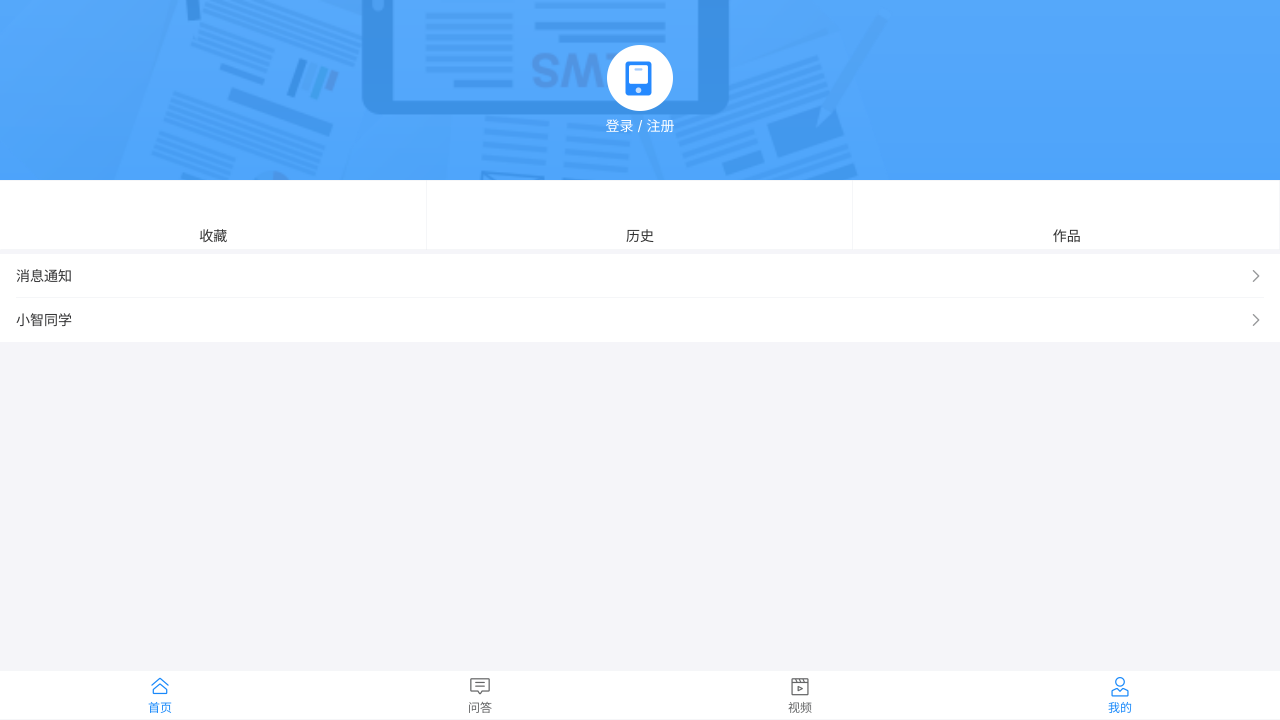
Repository: xn-lb/toutiao-mb
Page: /#/my
The author's editor kept a copy of each file at every save. The page is drawn from the files as they stood at one save, then again after the next save.
The browser window is 1280 px wide. The pictures show the whole page.
The page's requests for data from a server got no answer. Some web fonts or font styles are not loaded; a fallback is used. The project was rebuilt for these pictures with package versions that can differ from the ones it lists, and the page was loaded fresh each time. No one was signed in, and anything a server would have sent is missing. Also part of the build but not shown: vue.config.js.

Above is the page before, as saved 2023-03-30 14:00:12.

### src/main.js
import Vue from 'vue'
import App from './App.vue'
import router from './router'
import store from './store'
// 加载全局样式
import './styles/index.less'
import Vant from 'vant' //加载Vant 组件库

import 'amfe-flexible' //加载动态设置  rem 基准值

Vue.use(Vant); //注册使用组件库

import 'vant/lib/index.css' //加载全局样式

Vue.config.productionTip = false

new Vue({
    router,
    store,
    render: h => h(App)
}).$mount('#app')

### src/App.vue
<template>
  <div id="app">
  <!-- 路由的出口 -->
    <router-view></router-view>



  </div>
</template>
<script>
export default {
  name: 'APP'
}
</script>
<style lang="less">

</style>

### src/router/index.js
import Vue from 'vue'
import VueRouter from 'vue-router'



Vue.use(VueRouter)

// 路由表
const routes = [{
        path: '/login',
        name: 'LoginIndex',
        component: () =>
            import ('@/views/login')
    },
    {
        path: '/',
        component: () =>
            import ('@/views/layout/'),
        children: [{
                path: '/qa',
                name: 'qa',
                component: () =>
                    import ('@/views/qa/')
            },
            {
                path: '/video',
                name: 'video',
                component: () =>
                    import ('@/views/video/')
            },
            {
                path: '/my', //默认子路由
                name: 'my',
                component: () =>
                    import ('@/views/my/')
            },
            {
                path: '', //默认子路由
                name: 'home',
                component: () =>
                    import ('@/views/home/')
            }
        ]
    }

]

const router = new VueRouter({
    routes
})

export default router

### src/store/index.js
import { getItem, setItem } from '@/utils/strorage'
import Vue from 'vue'
import Vuex from 'vuex'

Vue.use(Vuex)

const USER_KEY = 'toutiao-user'
export default new Vuex.Store({
    // namespaced: true, //关闭命名空间
    state: {
        user: getItem(USER_KEY) //使用封装模块的方式

        //使用原型模式  =>  user: JSON.parse(window.localStorage.getItem('user')) // 存储当前登录用户的登录状态（token 等数据）
    },
    getters: {},
    mutations: {
        setUser(state, data) {
            state.user = data
                // 为了防止页面刷新数据丢失，我们还需要把数据放到本地存储中，这里仅仅是为了持久化数据

            setItem(USER_KEY, state.user) //使用封装模块的方式
                //使用原型模式  =>  window.localStorage.setItem('user', JSON.stringify(state.user))
        }
    },
    actions: {},
    modules: {}
})

### src/styles/index.less
// 全局样式文件
// 加载图标样式
@import "./icon.less";

body{
    background-color: #f5f5f9;
}
.app-nav-bar{
    background-color: #3296fa !important;
    .van-nav-bar__title{
        color: #fff;
    }
    .van-icon{
        color:#fff !important;
    }
}

### src/views/layout/index.vue
<template>
    <div class="layout-container">
         <!-- 子路由出口 -->
        <router-view />

        <!-- 底部导航栏 -->
        <van-tabbar v-model="active" route>
            <van-tabbar-item icon="home-o" to="/">首页</van-tabbar-item>
            <van-tabbar-item icon="comment-o" to="/qa">问答</van-tabbar-item>
            <van-tabbar-item icon="video-o" to="/video">视频</van-tabbar-item>
            <van-tabbar-item icon="user-o" to="/my">我的</van-tabbar-item>
        </van-tabbar>
    </div>


</template>

<script>
export default {
    name:'layoutIndex',
    components:{},
    props:{},
    data(){
        return{
            active:0
        }
    }
}
</script>

<style>

</style>

### src/views/my/index.vue
<template>
  <div class="my-container">
    <van-cell-group v-if="user" class="my-info">
      <!-- 头像、昵称、编辑资料 -->
      <van-cell class="base-info" center :border="false">
        <van-image class="avater" slot="icon" round fit="cover" :src="currentUser.photo" />
        <div class="name" slot="title">{{currentUser.name}}</div>
        <van-button class="update-btn" size="small" round>编辑资料</van-button>
      </van-cell>
      <!-- 宫格 -->
      <van-grid :border="false" class="data-info">
        <van-grid-item class="data-info-item">
          <div class="text-wrap" slot="text">
            <div class="count">{{currentUser.art_count}}</div>
            <div class="text">头条</div>
          </div>
        </van-grid-item>
        <van-grid-item class="data-info-item">
          <div class="text-wrap" slot="text">
            <div class="count">{{currentUser.follow_count}}</div>
            <div class="text">关注</div>
          </div>
        </van-grid-item>
        <van-grid-item class="data-info-item">
          <div class="text-wrap" slot="text">
            <div class="count">{{currentUser.fans_count}}</div>
            <div class="text">粉丝</div>
          </div>
        </van-grid-item>
        <van-grid-item class="data-info-item">
          <div class="text-wrap" slot="text">
            <div class="count">{{currentUser.like_count}}</div>
            <div class="text">获赞</div>
          </div>
        </van-grid-item>
      </van-grid>
    </van-cell-group>

    <!-- 未登录时 -->
    <div v-else class="not-login">
      <div @click="$router.push('./login')">
        <img class="mobile" src="@/assets/头像.png" />
      </div>
      <div class="text">登录 / 注册</div>
    </div>

    <!-- 收藏、历史、作品 -->
    <van-grid class="nav-grid mb-4" :column-num="3">
      <van-grid-item
        class="nav-grid-item"
        icon-prefix="toutiao"
        icon="shoucang"
        text="收藏"
        border="false"
      />
      <van-grid-item class="nav-grid-item" icon-prefix="toutiao" icon="lishi" text="历史" />
      <van-grid-item class="nav-grid-item" icon-prefix="toutiao" icon="zuopin" text="作品" />
    </van-grid>
    <!-- 消息通知…… -->
    <!-- is-link  表示小箭头 -->
    <div class="bottom">
      <van-cell title="消息通知" is-link to="/" />
      <van-cell class="mb-4" title="小智同学" is-link to="/" />
      <van-cell class="logout-cell" title="退出登录" v-if="user" @click="onLogout" />
    </div>
  </div>
</template>

<script>
import { method, remove } from "lodash";
import { mapState } from "vuex";
import { getCountUser } from "@/api/user";

export default {
  name: "MyIndex",
  data() {
    return {
      currentUser: {} //当前登录用户信息
    };
  },
  computed: {
    ...mapState(["user"])
  },
  created() {
    // 加载调用方法
    this.loadCurrentUser();
  },
  methods: {
    // 请求方法
    async loadCurrentUser() {
      const { data } = await getCountUser();
      console.log(data);
      this.currentUser = data.data;
    },

    onLogout() {
      // 提示用户确认退出  确认 》》处理退出
      this.$dialog
        .confirm({
          title: "退出提示",
          message: "确认退出嘛？"
        })
        .then(() => {
          //确认执行这里
          // 清楚登录状态
          this.$store.commit("setUser", null);
        })
        .catch(() => {
          //退出执行这里
          // on cancel
        });
    }
  }
};
</script>

<style scoped lang="less">
.my-container {
  .my-info {
    background: url("@/assets/banner.png");
    background-size: cover;
    .base-info {
      box-sizing: border-box;
      height: 115px;
      background-color: unset;
      padding-block: 11px;
      padding-top: 38px;
      .avater {
        box-sizing: border-box;
        width: 66px;
        height: 66px;
        border: 1px solid #fff;
        margin-right: 11px;
      }
      .name {
        color: #fff;
        font-size: 15px;
      }
      .update-btn {
        // 不用设置宽，由内容撑开
        height: 16px;
        font-size: 10px;
        color: #666;
      }
    }
    .data-info {
      .data-info-item {
        height: 65px;
        color: #fff;
        .text-wrap {
          display: flex;
          flex-direction: column;
          justify-content: center;
          align-items: center;
          .count {
            font-size: 18px;
          }
          .text {
            font-size: 11px;
          }
        }
      }
    }

    /deep/ .van-grid-item__content {
      background-color: unset;
    }
  }

  .not-login {
    height: 180px;
    background: url("@/assets/banner.png") no-repeat;
    background-size: cover;
    display: flex;
    justify-content: center;
    flex-direction: column;
    align-items: center;
    .mobile {
      height: 66px;
      width: 66px;
    }
    .text {
      color: #fff;
      font-size: 14px;
    }
  }
  /deep/ .nav-grid {
    .nav-grid-item {
      height: 70px;
      /deep/.toutiao {
        font-size: 22px;
      }
      .toutiao-shoucang {
        color: #eb5253;
      }
      .toutiao-lishi {
        color: #ff9d1d;
      }
      .van-grid-item__text {
        font-size: 14px;
        color: #333;
      }
      .toutiao-zuopin {
        color: #a8beff;
      }
    }
  }
  .logout-cell {
    text-align: center;
    color: #d86262;
  }
  .mb-4 {
    margin-bottom: 4px;
  }
}
</style>

### src/utils/strorage.js
// 本地存储封装模块

// 获取
export const getItem = (name) => {
    const data = window.localStorage.getItem(name)
    try {
        // 尝试把data转为JavaScript对象
        return JSON.parse(data)
    } catch (err) {
        // data不是JSON格式字符串，直接原样返回
        return data
    }
}

// 存储
export const setItem = (name, value) => {
    // 如果value 是对象，就把value 转为JSON格式字符串再储存
    if (typeof value === 'object') {
        value = JSON.stringify(value)
    }
    window.localStorage.setItem(name, value)
}



// 删除
export const removeItem = (name) => {
    window.localStorage.removeItem(name)
}

### src/styles/icon.less
@font-face {
    font-family: "toutiao"; /* Project id 3968849 */
    src: url('//at.alicdn.com/t/c/font_3968849_y288fdc89co.eot?t=1679462277967'); /* IE9 */
    src: url('//at.alicdn.com/t/c/font_3968849_y288fdc89co.eot?t=1679462277967#iefix') format('embedded-opentype'), /* IE6-IE8 */
         url('//at.alicdn.com/t/c/font_3968849_y288fdc89co.woff2?t=1679462277967') format('woff2'),
         url('//at.alicdn.com/t/c/font_3968849_y288fdc89co.woff?t=1679462277967') format('woff'),
         url('//at.alicdn.com/t/c/font_3968849_y288fdc89co.ttf?t=1679462277967') format('truetype'),
         url('//at.alicdn.com/t/c/font_3968849_y288fdc89co.svg?t=1679462277967#toutiao') format('svg');
  }

  .toutiao {
    font-family: "toutiao" !important;
    font-size: 16px;
    font-style: normal;
    -webkit-font-smoothing: antialiased;
    -moz-osx-font-smoothing: grayscale;
  }

  .toutiao-guanbi:before {
    content: "\e601";
  }

  .toutiao-gengduo:before {
    content: "\e602";
  }

  .toutiao-pinglun:before {
    content: "\e603";
  }

  .toutiao-shanchu:before {
    content: "\e604";
  }

  .toutiao-dianzan:before {
    content: "\e605";
  }

  .toutiao-lishi:before {
    content: "\e606";
  }

  .toutiao-shipin:before {
    content: "\e607";
  }

  .toutiao-shoucang:before {
    content: "\e608";
  }

  .toutiao-yanzhengma:before {
    content: "\e609";
  }

  .toutiao-wenda:before {
    content: "\e60a";
  }

  .toutiao-fenxiang:before {
    content: "\e60b";
  }

  .toutiao-youjiantou:before {
    content: "\e60c";
  }

  .toutiao-wuwangluo:before {
    content: "\e60d";
  }

  .toutiao-shouji:before {
    content: "\e60e";
  }

  .toutiao-zuojiantou:before {
    content: "\e60f";
  }

  .toutiao-shouye:before {
    content: "\e610";
  }

  .toutiao-wode:before {
    content: "\e611";
  }

  .toutiao-sousuo:before {
    content: "\e612";
  }

  .toutiao-zuopin:before {
    content: "\e613";
  }

  .toutiao-yuedu:before {
    content: "\e614";
  }

### src/api/user.js
// 用户相关请求模块
import request from "@/utils/request";



// 登录/注册
export const login = data => {
    return request({
        method: 'POST',
        url: '/v1_0/authorizations',
        data
    })
}

// 发送短信验证码
export const sendSms = mobile => {
    return request({
        method: 'GET',
        url: `/v1_0/sms/codes/${mobile}`,
    })
}

// 获取登录用户信息
export const getCountUser = () => {
    return request({
        method: 'GET',
        url: '/v1_0/user',
        // 请求头
        // headers: {
        //     Authorization: `Bearer ${store.state.user.token}`
        // }
    })
}

### src/utils/request.js
// 封装axios 请求模块
import axios from "axios"

// 在非组件模块中获取store 必须通过这种方式引入
// 这里单独加载的store  和在组件中的this.$store是一样的
import store from "@/store/";

const request = axios.create({
    baseURL: 'http://toutiao.itheima.net/' //接口的基本路径
})


// 请求拦截器

request.interceptors.request.use(function(config) {

    const { user } = store.state
        // 如果用户已登录，统一给接口设置token 信息
    if (user) {
        config.headers.Authorization = `Bearer ${user.token}`
    }
    // 处理完后一定要把config返回，否则请求将停在这里
    return config
}, function(error) {

    return Promise.reject(error)
})

// 响应拦截器

export default request

Loaded but not shown: public/index.html (common file)

After the next save:
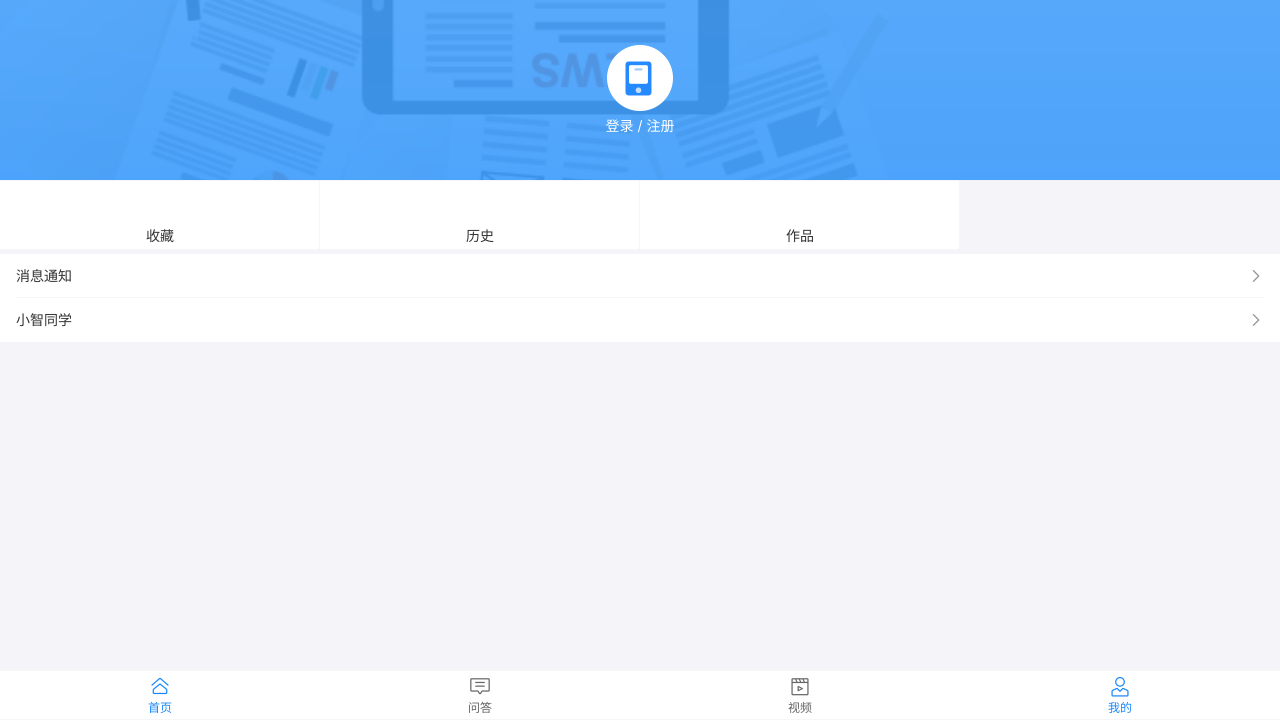
Saved 2 min 17 s later.
--- a/src/views/my/index.vue
+++ b/src/views/my/index.vue
@@ -45,7 +45,7 @@
     </div>
 
     <!-- 收藏、历史、作品 -->
-    <van-grid class="nav-grid mb-4" :column-num="3">
+    <van-grid class="nav-grid mb-4" :column-num="4">
       <van-grid-item
         class="nav-grid-item"
         icon-prefix="toutiao"

After the save that followed:
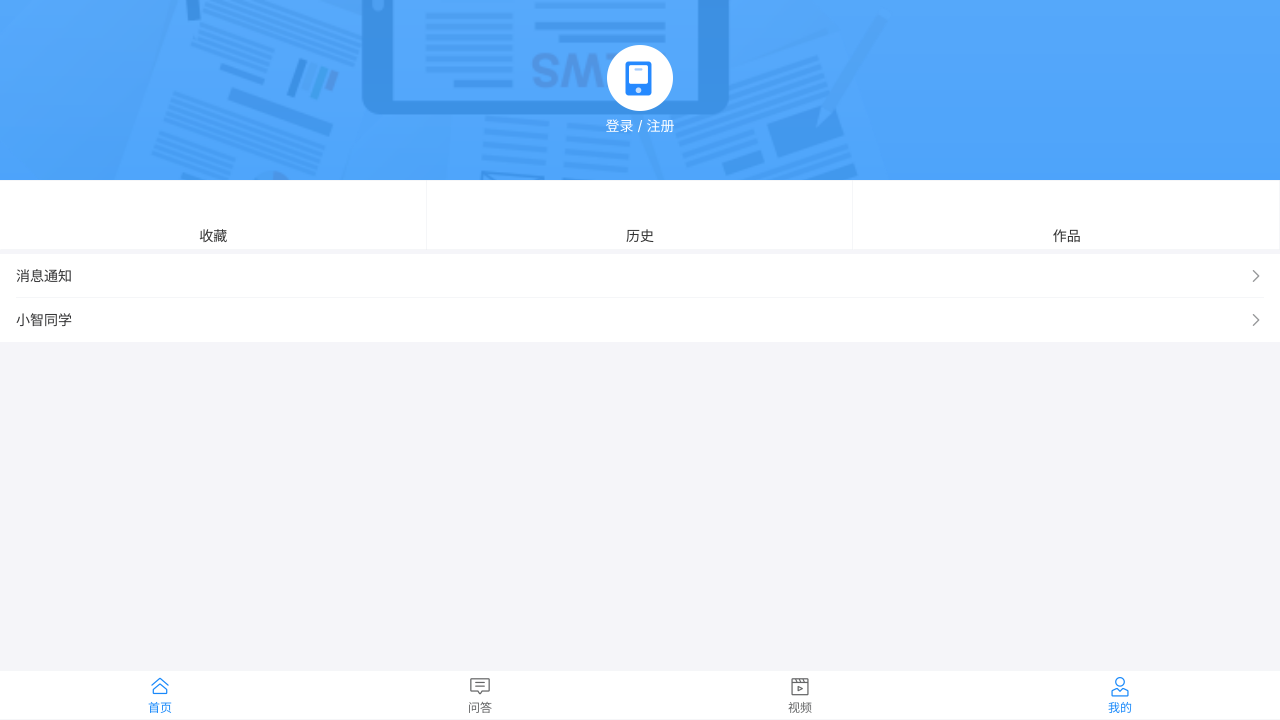
Saved 13 s later.
--- a/src/views/my/index.vue
+++ b/src/views/my/index.vue
@@ -45,7 +45,7 @@
     </div>
 
     <!-- 收藏、历史、作品 -->
-    <van-grid class="nav-grid mb-4" :column-num="4">
+    <van-grid class="nav-grid mb-4" :column-num="3">
       <van-grid-item
         class="nav-grid-item"
         icon-prefix="toutiao"
